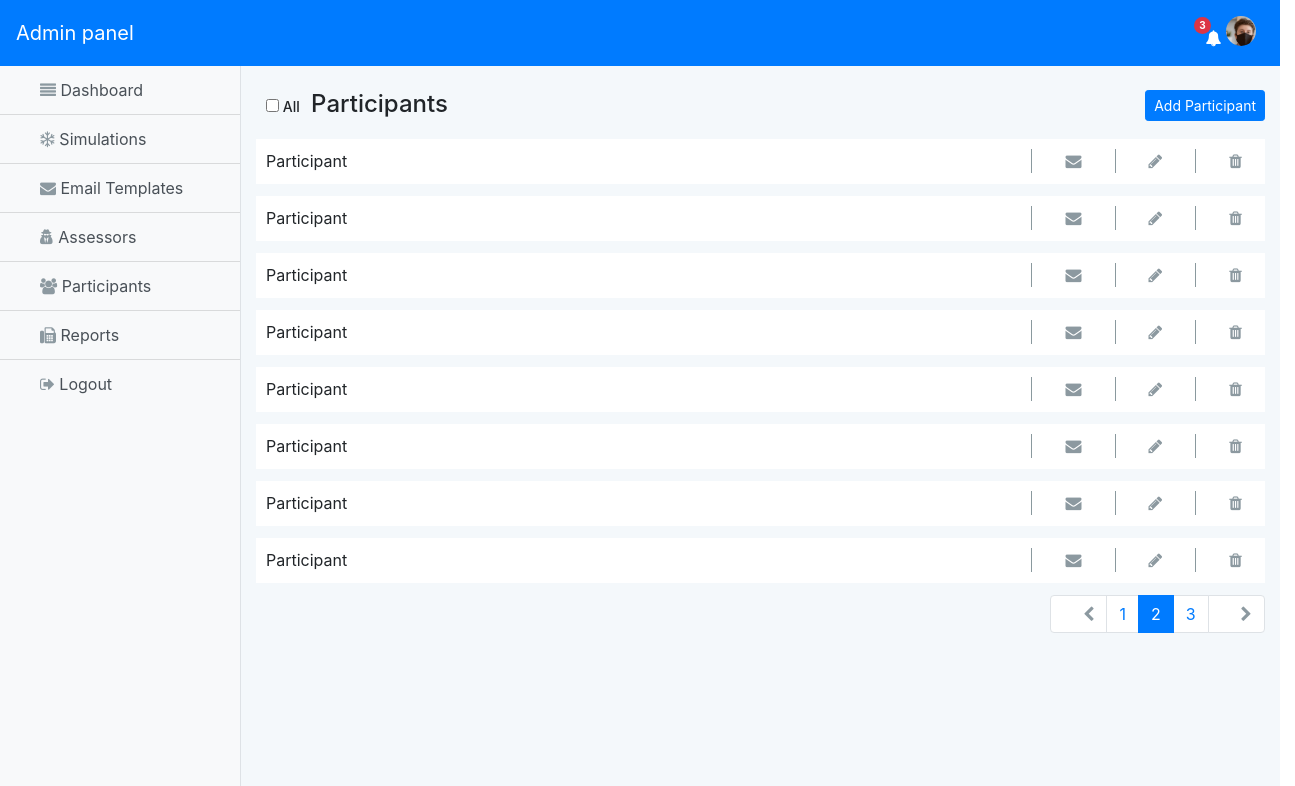
Repository: ejazsidhu/email-simulation-fe
Page: participantListing.html
The author's editor kept a copy of each file at every save. The page is drawn from the files as they stood at one save, then again after the next save.
The browser window is 1280 px wide. The page is 1295 px wide, so the pictures cover 1295 px, including what lies to the right of the window. The pictures show the whole page.

Above is the page before, as saved 2020-08-25 20:07:49.
Console error: ReferenceError: $ is not defined

After the next save:
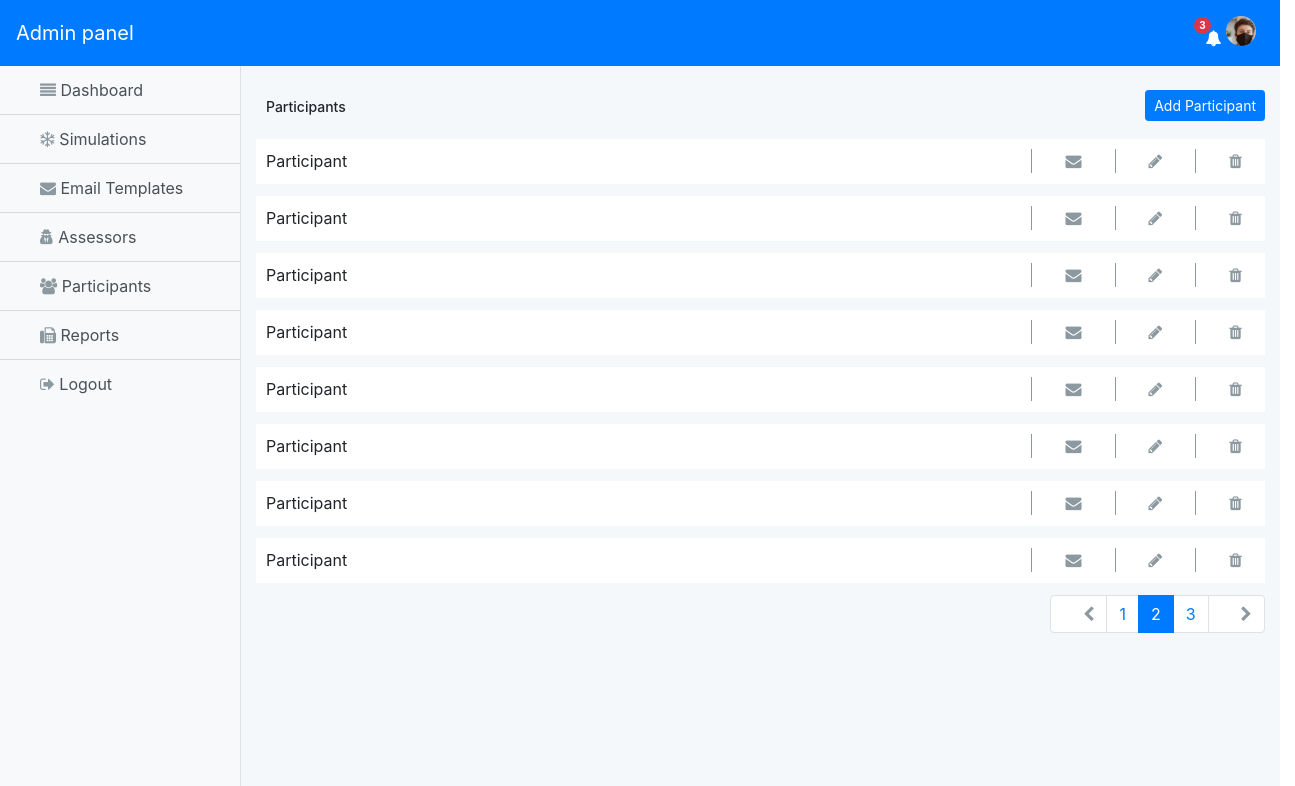
Saved 27 s later.
--- a/participantListing.html
+++ b/participantListing.html
@@ -170,7 +170,9 @@
       <div class="container mt-4">
         <div class="row">
           <div class="col-6">
-            <h4><span class="par_all"><input type="checkbox"> All</span> Participants</h4>
+            <h4><span class="par_all">
+              <!-- <input type="checkbox"> All</span> -->
+               Participants</h4>
           </div>
           <div class="col-6 text-right">
             <!-- <button class="btn btn-info btn-sm" data-toggle="modal" data-target="#emailNotificationCenter">
